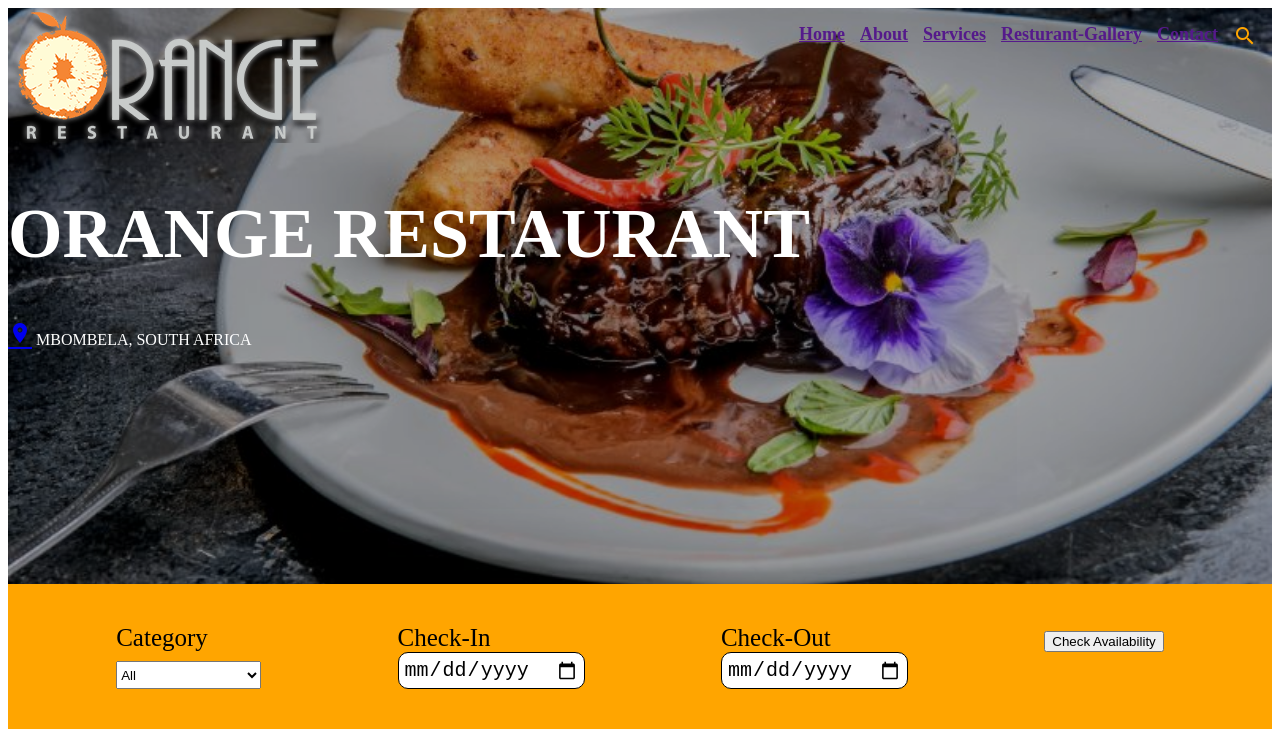
Repository: KaraboM20/KaraboUpdatedProjectOrang-Rest
Page: index.html
The author's editor kept a copy of each file at every save. The page is drawn from the files as they stood at one save, then again after a run of saves.
The browser window is 1280 px wide. The pictures show the whole page.

Above is the page before, as saved 2024-11-21 16:10:25.

### index.html
<!DOCTYPE html>
<html lang="en">
<head>
    <meta charset="UTF-8">
    <meta name="viewport" content="width=device-width, initial-scale=1.0">
    <link href="https://fonts.googleapis.com/icon?family=Material+Icons" rel="stylesheet">
    <link rel="stylesheet" href="./style.css">
    <title>Orange Resturant</title>
</head>
<body>
    <header>
        <div class="upper-section">

            <div class="overlay">
                <div class="navbar">
                    <div class="logo">
                       <img src="./assets/Orange-Logo.png" alt="">
                    </div>
                    <div class="nav-info">
                       <ul>
                        <li><a href="">Home</a></li>
                        <li><a href="">About</a></li>
                        <li><a href="">Services</a></li>
                        <li><a href="">Resturant-Gallery</a></li>
                        <li><a href="">Contact</a></li>
                           <li><span class="material-icons">search</span></li>
                       </ul>
                    </div>
                   </div>

                   <div class="banner-wrap">
                    <div class="name">
                       <h1>ORANGE RESTAURANT</h1>
                    </div>

                       <div class="icon-div"><span class="icon">
                           <span class="material-icons"><a href="https://www.google.com/maps/dir//4+Du+Preez+St,+Mbombela,+1200/@-25.4780157,30.9067737,12z/data=!4m8!4m7!1m0!1m5!1m1!1s0x1ee849f51301d8b7:0xb337d404eb7d9758!2m2!1d30.9891752!2d-25.4780387?entry=ttu&g_ep=EgoyMDI0MTExOC4wIKXMDSoASAFQAw%3D%3D" target="_blank">location_on</a> </span>
                           MBOMBELA, SOUTH AFRICA
                       </span>
                    </div>

                   </div>

            </div>

        <div class="navbar">
         <div class="logo">
            <img src="./assets/Orange-Logo.png" alt="">
         </div>
         <div class="nav-info">
            <ul>
                <li><a href="">Home</a></li>
                <li><a href="">About</a></li>
                <li><a href="">Services</a></li>
                <li><a href="">Resturant-Gallery</a></li>
                <li><a href="">Contact</a></li>
                <li><span class="material-icons">search</span> </li>
            </ul>
         </div>
        </div>

        <div class="banner-wrap">
            <div class="name"><h1>ORANGE RESTAURANT</h1></div>
            <div class="icon-div">
            <span class="icon">
                <span class="material-icons"><a href="https://www.google.com/maps/dir//4+Du+Preez+St,+Mbombela,+1200/@-25.4780157,30.9067737,12z/data=!4m8!4m7!1m0!1m5!1m1!1s0x1ee849f51301d8b7:0xb337d404eb7d9758!2m2!1d30.9891752!2d-25.4780387?entry=ttu&g_ep=EgoyMDI0MTExOC4wIKXMDSoASAFQAw%3D%3D" target="_blank">location_on</a> </span>
                MBOMBELA, SOUTH AFRICA
            </span>
            </div>

        </div>

        </div>


    </header>

    <section>
        <form class="check-availability">
        <div class="category">
            <label for="name">Category</label>
            <select name="category" id="category-select">
                <option value="all">All</option>
                <option value="Wedding and Events">Wedding and Events</option>
                <option value="Conferencing">Conferencing</option>
                <option value="The Mandarin Room">The Mandarin Room</option>
            </select>
        </div>

        <div class="check-in">
            <label for="name">Check-In</label>
            <input type="date">
        </div>

        <div class="check-out">
            <label for="name">Check-Out</label>
            <input type="date">
        </div>

        <div class="check-button">
            <button>Check Availability</button>
        </div>
        </form>

    </section>
</body>
</html>

### style.css


.upper-section {
    background-image: url(./assets/food-image.jpg);
    background-size: cover;
    background-position: center;
    height: 80vh;
    position: relative;

}

.overlay {
    z-index: 1;
    height: 100%;
    width: 100%;
    background: black;
    position: absolute;
    top: 0;
    opacity: 30%;
}

.navbar {
    display: flex;
    justify-content: space-between;
}

.nav-info ul {
    list-style: none;
    color: orange;
    display: flex;
    cursor: pointer;

}

.nav-info li {
    margin-right: 15px;
    font-size: 18px;
    font-weight: bold;
    text-decoration: none;
    color: orange;
}

.nav-info li:hover {
    color: blueviolet;
    background-color: aqua;
}

.name {
    align-items: center;
    justify-content: center;
}

h1 {
    color: white;
    font-size: 70px;

}

.icon-div {
    text-decoration:none;
    color: white;

}

.check-availability {
    display: flex;
   background-color: orange;
   padding: 40px;
   border: none;
   font-size: 25px;
   justify-content: space-around;

}

.check-availability input {

    font-size: 20px;
    border: 1px solid black;
    border-radius: 10px;
    padding: 5px;
}

.category {
    display: grid;
}

.check-in {
    display: grid;
}

.check-out {
    display: grid;
}

After the next 3 saves:
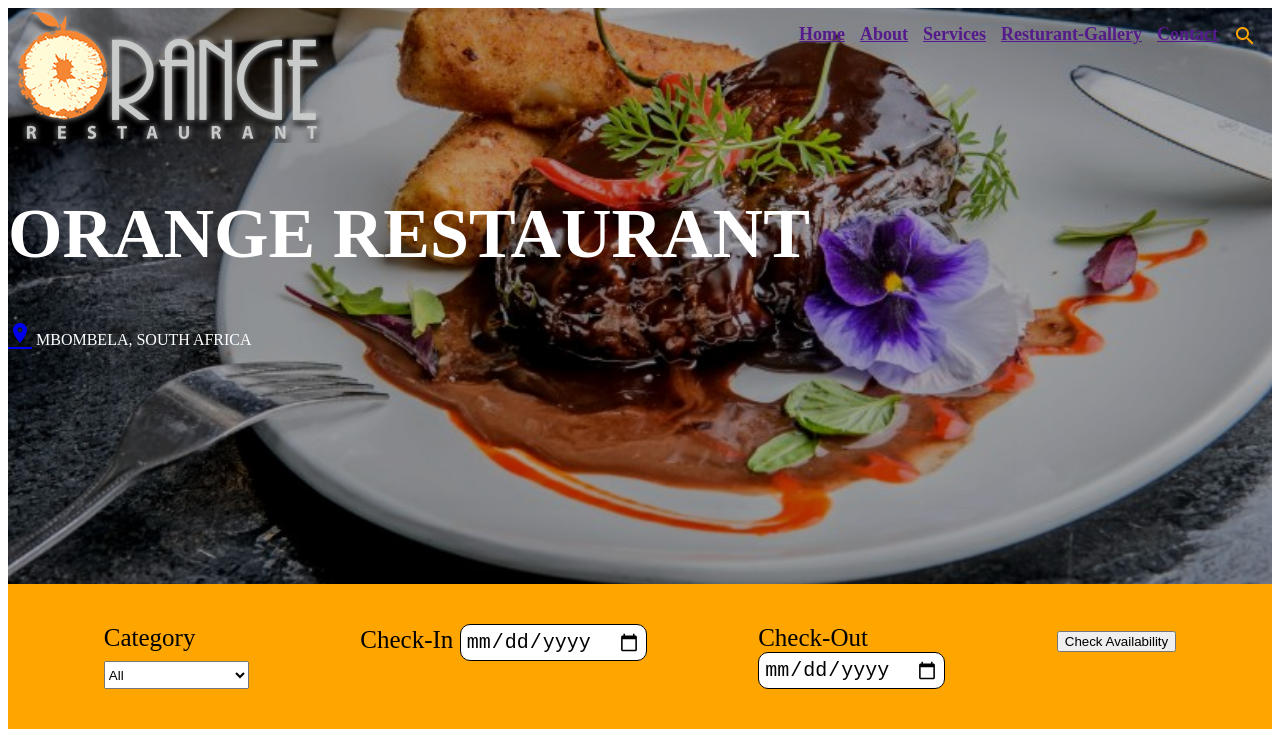
The 3 saves are shown as one change because they came seconds apart.
The last was saved 15 s later.
--- a/style.css
+++ b/style.css
@@ -84,6 +84,8 @@
     display: grid;
 }
 
+#c
+
 .check-in {
     display: grid;
 }

After the 4 saves that followed:
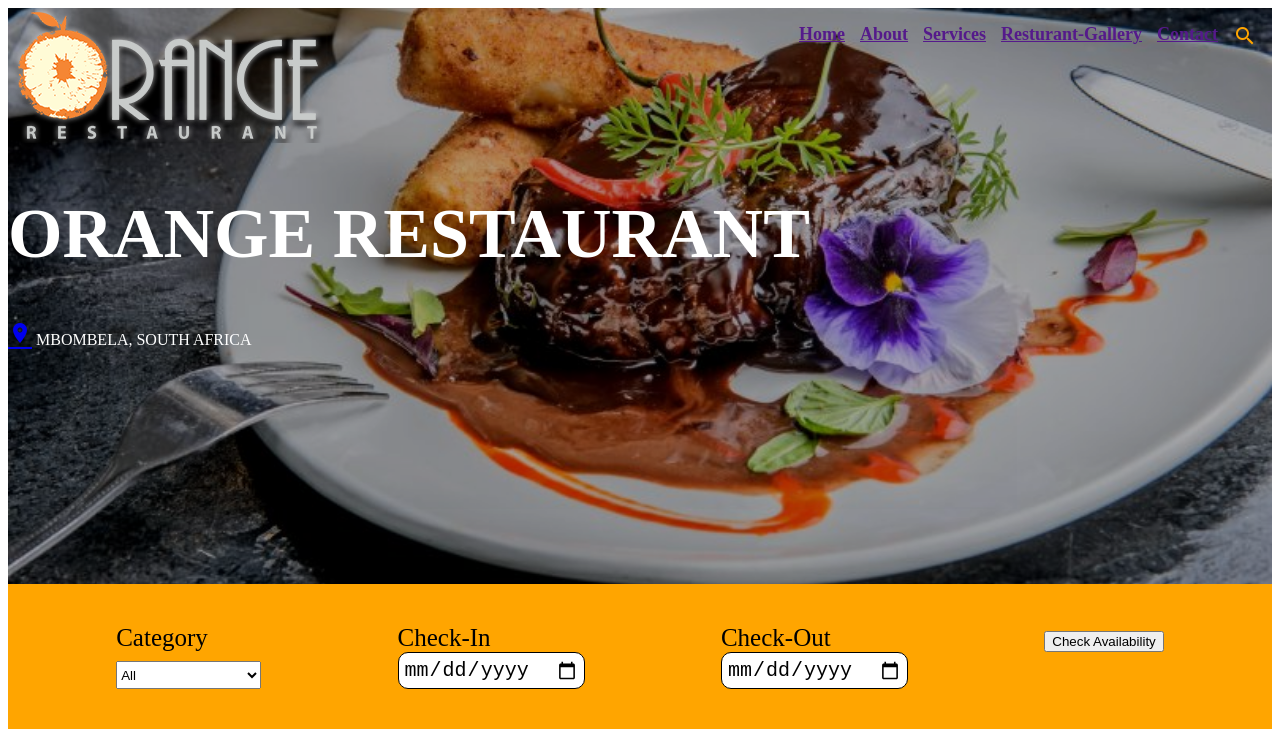
The 4 saves are shown as one change because they came seconds apart.
The last was saved 13 s later.
--- a/style.css
+++ b/style.css
@@ -84,7 +84,9 @@
     display: grid;
 }
 
-#c
+#categore-select {
+    font-size: 20px;
+}
 
 .check-in {
     display: grid;
